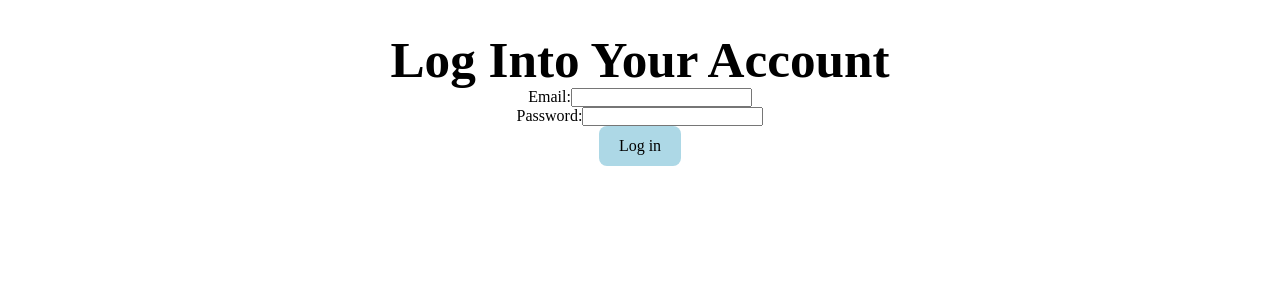
Repository: Andres513/CapStone
Page: /login
An editor plug-in stored every save of this project. The page is shown before and after the next save, followed by the edit.
The browser window is 1280 px wide. The pictures show the whole page.
The project was rebuilt for these pictures with package versions that can differ from the ones it lists, and the page was loaded fresh each time. Also part of the build but not shown: vite.config.js, src/components/FetchProducts.jsx.

Above is the page before, as saved 2024-04-01 18:32:01.

### src/App.jsx
import { useState } from 'react'
import FetchProducts from './components/FetchProducts'
import './App.css'
import { Routes, Route } from 'react-router-dom'
import Login from './components/Login'

function App() {
const [ token, setToken ] = useState(null)
const [ email, setEmail ] = useState('')
const [ password, setPassword ] = useState('')


const handleSetState=(newToken)=>{
    setToken(newToken)
}
  return (
    <>
    <Routes>
      <Route path="/login" element={<Login token={token} setToken={handleSetState} email={email} setEmail={setEmail} password={password} setPassword={setPassword}/>}/>
      <Route path="/" element={<FetchProducts token={token}/>}/>
    </Routes>
    </>
  )
}

export default App

### src/index.css

* {
  margin: 0;
  padding: 0;
  box-sizing: border-box;
}
h1 {
  font-size: 3.2em;
  line-height: 1.1;
}
img {
  width: 250px;
  height: 400px;
}
.items-container {
  display: grid;
  grid-template-columns: repeat(auto-fill, minmax(200px, 1fr));
  grid-gap: 100px;
}

button {
  border-radius: 8px;
  border: 1px solid transparent;
  padding: 0.6em 1.2em;
  font-size: 1em;
  font-weight: 500;
  font-family: inherit;
  background-color: lightblue;
  cursor: pointer;
  transition: border-color 0.25s;
}
button:hover {
  border-color: #646cff;
}
button:focus,
button:focus-visible {
  outline: 4px auto -webkit-focus-ring-color;
}

### src/components/Login.jsx
import { useState, useEffect, useRef } from "react"
import { Link } from "react-router-dom"

export default function Login({token, setToken}){


    const [ username, setUsername ] = useState('')
    const [ password, setPassword ] = useState('')
    const [ successMessage, setSuccessMessage ] = useState('')
    const usernameInputRef = useRef(null);
    const passwordInputRef = useRef(null);

    async function loginUser(event){
        event.preventDefault()
    try {
        const response = await fetch('https://fakestoreapi.com/auth/login', {
            method:'POST',
            headers: {
                'Content-Type': 'application/json',
            },
            body: JSON.stringify({
                username: username,
                password: password
            })
        })
            const result = await response.json()

                console.log(result)
                setToken(result.token)

                 setUsername("");
                 setPassword("");
                 usernameInputRef.current.value = "";
                 passwordInputRef.current.value = "";

    } catch(error) {
        console.error(error)
    }
}
//for testing log in
// username:'johnd',
//password:'m38rmF$',
return (
    <>
    <form className="login" onSubmit={loginUser}>
            <h1>Log Into Your Account</h1>
            <label>Email:
            <input type="username" value={username} onChange={(e) => setUsername(e.target.value)} required ref={usernameInputRef}/>
         </label><br/>
            <label>Password:
            <input type="password" value={password} onChange={(e) => setPassword(e.target.value)} required ref={passwordInputRef}/>
         </label><br/>
         <button>Log in</button><br/>
        </form>


    </>
)
}

Loaded but not shown: index.html (common file); src/main.jsx (common file); src/App.css (common file)

After the next save:
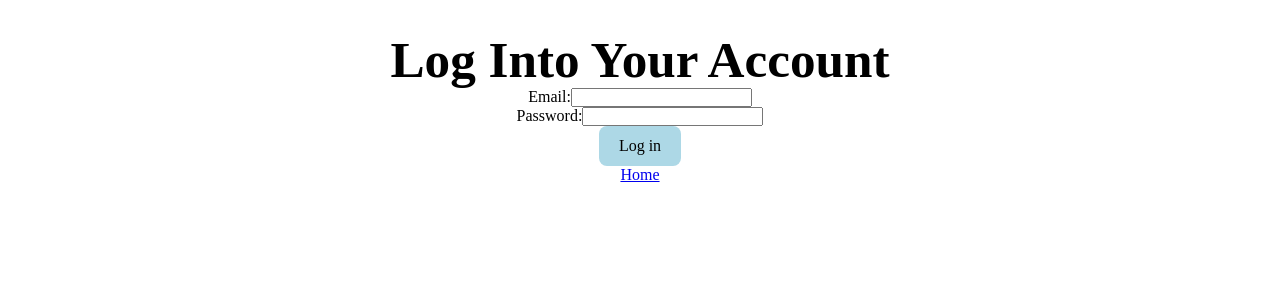
Saved 30 s later.
--- a/src/components/Login.jsx
+++ b/src/components/Login.jsx
@@ -53,7 +53,7 @@
          <button>Log in</button><br/>
         </form>
 
-
+       <Link to="/">Home</Link>
     </>
 )
 }
